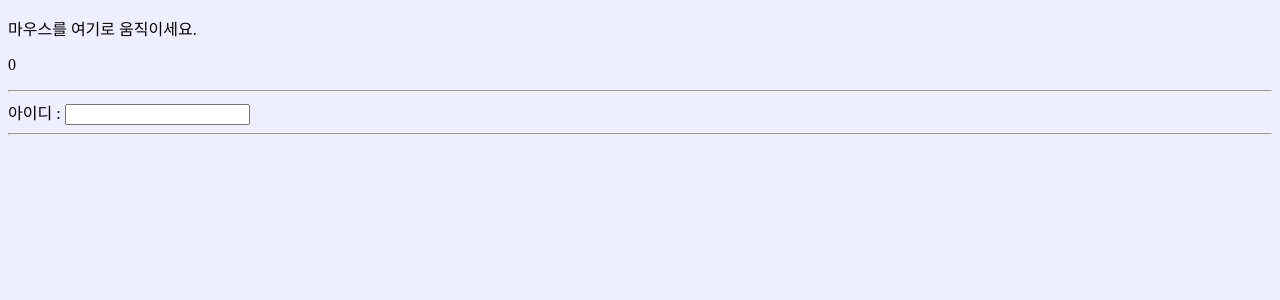
Repository: gpqls12321/public
Page: javascript_jquery/WebContent/jQuery_ex02.html
These files come from the project's save history. The page is drawn as it stood at one moment and after the next save; the edit follows.
The browser window is 1280 px wide. The pictures show the whole page.

Above is the page before, as saved 2021-04-15 02:22:59.

After the next save:
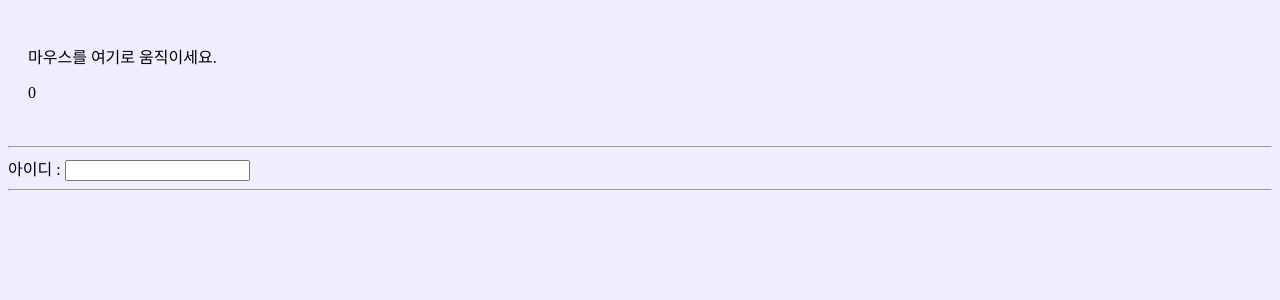
Saved 94 s later.
--- a/javascript_jquery/WebContent/jQuery_ex02.html
+++ b/javascript_jquery/WebContent/jQuery_ex02.html
@@ -6,6 +6,10 @@
 <style type="text/css">
 	body {
 		background-color: #eef;
+	}
+
+	div {
+		padding: 20px;
 	}
 </style>
 <script type="text/javascript" src="js/jQuery3.x/jquery-3.6.0.js"></script>
